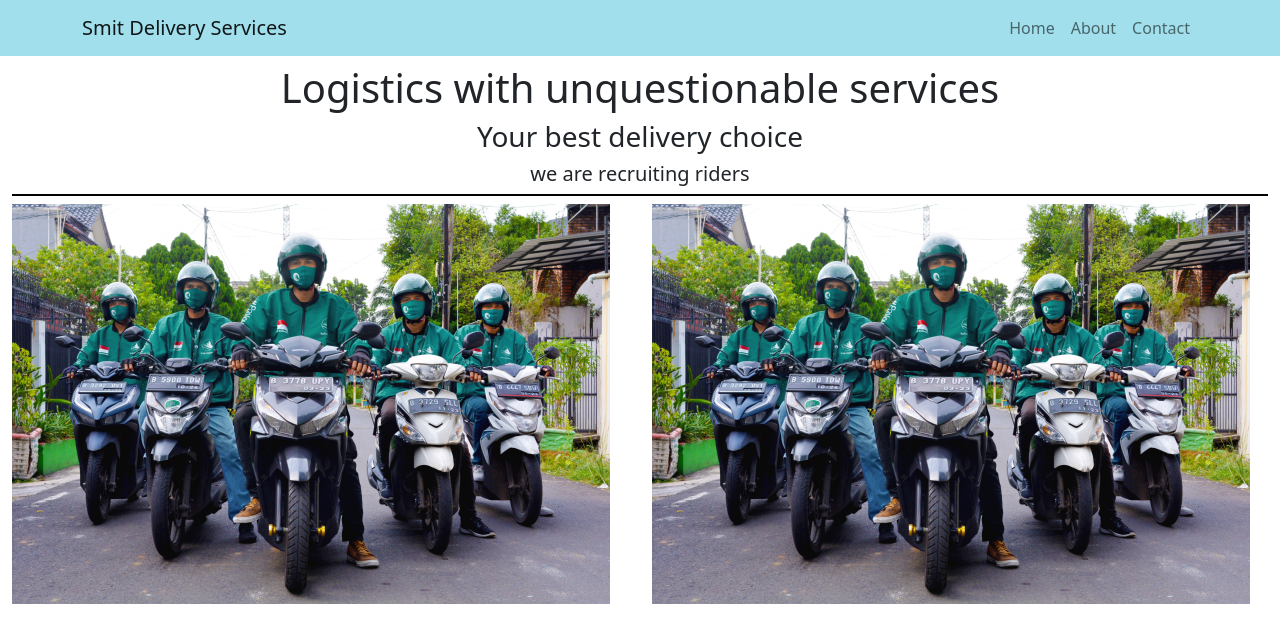
Repository: smit1298/logistic
Page: /
These files come from the project's save history. The page is drawn as it stood at one moment and after the next save; the edit follows.
The browser window is 1280 px wide. The pictures show the whole page.
The project was rebuilt for these pictures with package versions that can differ from the ones it lists, and the page was loaded fresh each time.

Above is the page before, as saved 2021-10-04 02:57:06.

### public/index.html
<!DOCTYPE html>
<html lang="en">
  <head>
    <meta charset="utf-8" />
    <link rel="icon" href="%PUBLIC_URL%/favicon.ico" />
    <meta name="viewport" content="width=device-width, initial-scale=1" />
    <meta name="theme-color" content="#000000" />
    <meta
      name="description"
      content="Web site created using create-react-app"
    />
    <link rel="apple-touch-icon" href="%PUBLIC_URL%/logo192.png" />

    <link rel="manifest" href="%PUBLIC_URL%/manifest.json" />

    <title>Smit Delivery Services</title>
  </head>
  <body>
    <noscript>You need to enable JavaScript to run this app.</noscript>
    <div id="root"></div>

  </body>
</html>

### src/App.js
// import './App.css';
import Navs from './components/navs/Navs';
import RecruitForm from './components/recruit/RecruitForm';

function App() {
  return (
    <div>
      <Navs />
      <RecruitForm />
    </div>
  );
}

export default App;

### src/components/Navs/Navs.jsx
import React from "react";
import "bootstrap/dist/css/bootstrap.css";
import { Navbar, Container, Nav } from "react-bootstrap";
import './Navs.css'

 const Navs = () => {
  return (
    <div>
      <Navbar id='navbar' bg="light" expand="lg">
        <Container>
          <Navbar.Brand href="#home">Smit Delivery Services</Navbar.Brand>
          <Navbar.Toggle aria-controls="basic-navbar-nav" />
          <Navbar.Collapse id="basic-navbar-nav">
            <Nav className="ms-auto">
              <Nav.Link href="#home">Home</Nav.Link>
              <Nav.Link href="#About">About </Nav.Link>
              <Nav.Link href="#ContaCT">Contact </Nav.Link>
            </Nav>
          </Navbar.Collapse>
        </Container>
      </Navbar>
    </div>
  );
};

export default Navs;

### src/components/recruit/RecruitForm.jsx
import React from "react";
import "bootstrap/dist/css/bootstrap.css";
import { Row, Col } from "react-bootstrap";
import Left from '../images/background.jpg';
import "./RecruitForm.css";

const recruitForm = () => {
  return (
    <div className="container-fluid" id="recruit">
      <div className="mt-2 justify-content-md-center" id="top">
        <h1 className="text-center">Logistics with unquestionable services</h1>
        <h3 className="text-center">Your best delivery choice</h3>
        <h5 className="text-center">we are recruiting riders</h5>
      </div>
      <Row className='mt-2'>
        <Col className='ms-auto text-ce'><img src={Left} alt="" /></Col>
        <Col className='me-auto'><img src={Left} alt="" /></Col>
      </Row>
    </div>
  );
};
export default recruitForm;

### src/components/Navs/Navs.css
#navbar{
    background-color: rgb(160, 223, 235) !important;
    font-weight: 400 !important;
}

### src/components/recruit/RecruitForm.css
body,
html {
  height: 100% !important;
}

#top {
    border-bottom: 2px solid black;
  /* background-image: url("../images/lorry.jpg"); */
  height: 100% !important;
  background-position: center;
  background-repeat: no-repeat;
  background-size: cover;
  /* border: 1px solid black; */
  /* border-radius: 10px; */
}

Loaded but not shown: src/index.js (common file); src/index.css (common file); src/reportWebVitals.js (common file)

After the next save:
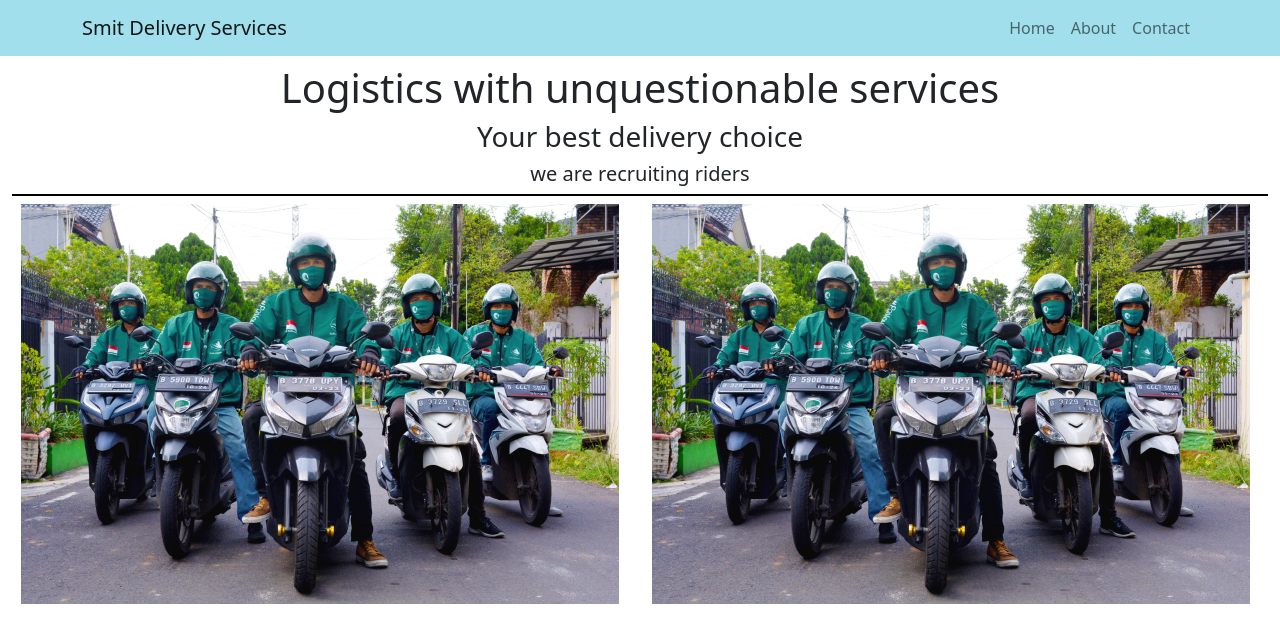
Saved 4 s later.
--- a/src/components/recruit/RecruitForm.jsx
+++ b/src/components/recruit/RecruitForm.jsx
@@ -13,7 +13,7 @@ const recruitForm = () => {
         <h5 className="text-center">we are recruiting riders</h5>
       </div>
       <Row className='mt-2'>
-        <Col className='ms-auto text-ce'><img src={Left} alt="" /></Col>
+        <Col className='ms-auto text-center'><img src={Left} alt="" /></Col>
         <Col className='me-auto'><img src={Left} alt="" /></Col>
       </Row>
     </div>
